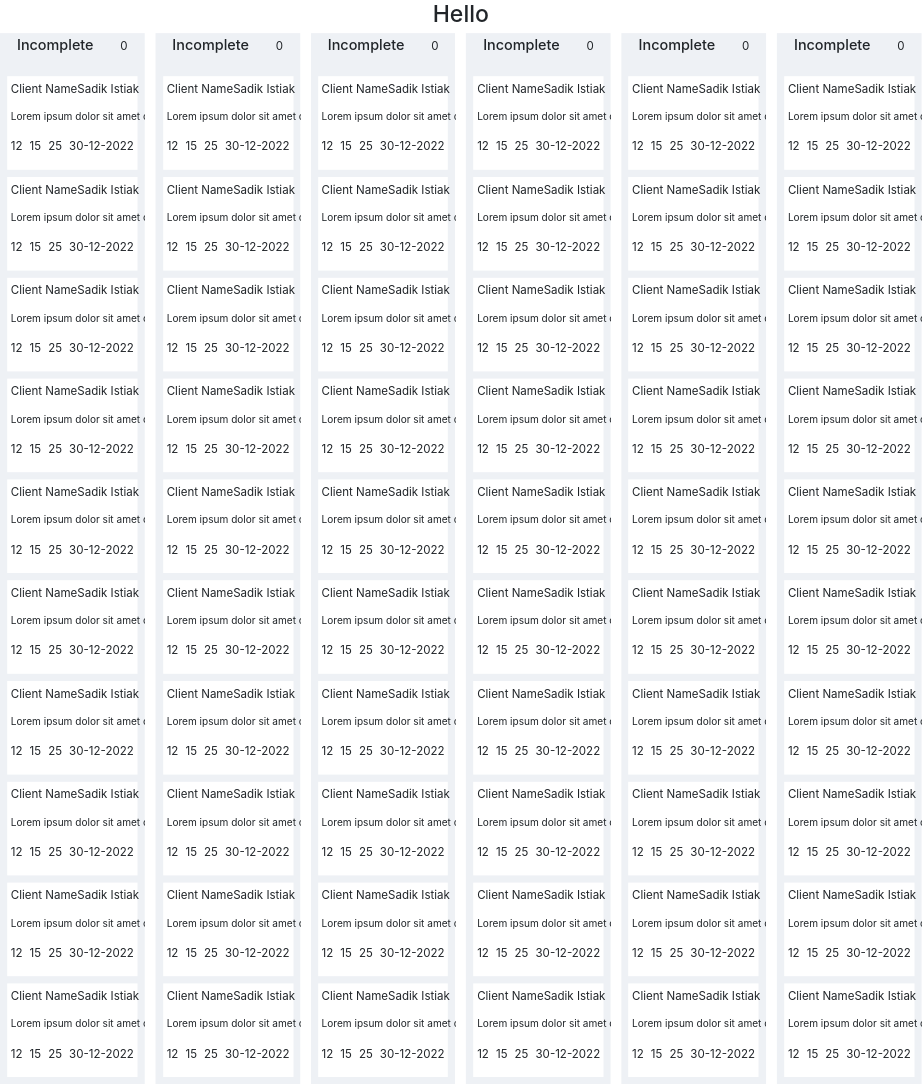
Repository: Sharif-00112/dashboard-task-frontend
Page: /
An editor plug-in stored every save of this project. The page is shown before and after the next save, followed by the edit.
The browser window is 1280 px wide. The pictures show the whole page, at 72% of full size.
The project was rebuilt for these pictures with package versions that can differ from the ones it lists, and the page was loaded fresh each time.

Above is the page before, as saved 2023-01-28 20:50:18.

After the next save:
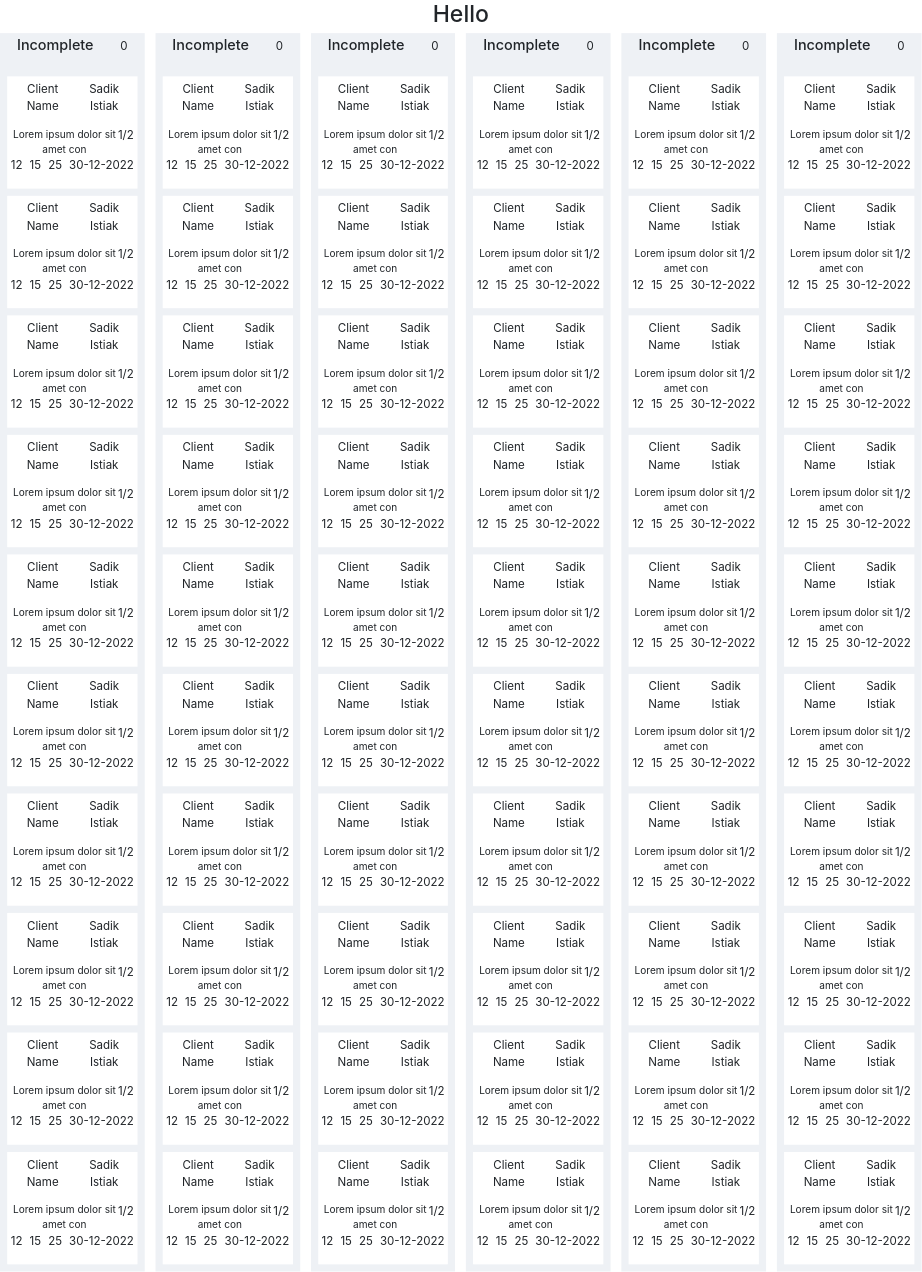
Saved 26 s later.
--- a/src/Components/styles.css
+++ b/src/Components/styles.css
@@ -4,7 +4,7 @@
 
 #scrolling-y{
     overflow-y: scroll;
-    white-space: nowrap;
+    /* white-space: nowrap; */
 }
 
 #scrolling-x{
